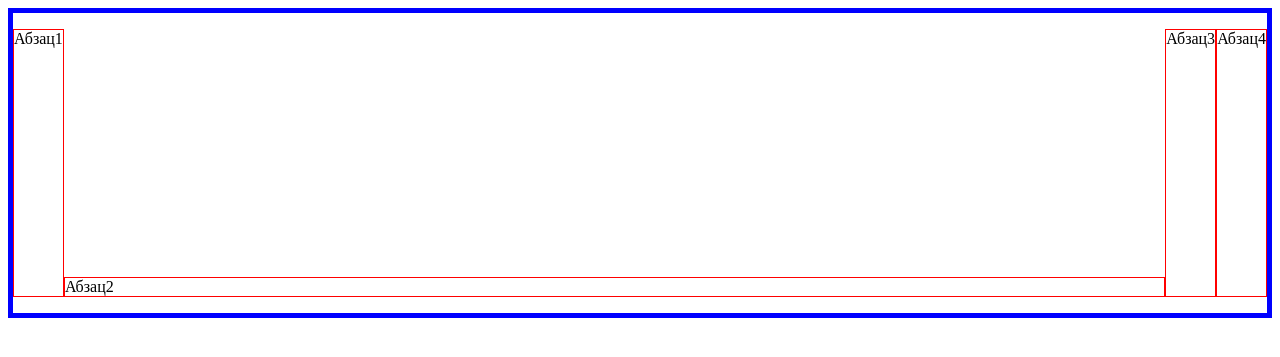
Repository: IrinaGetmanenko/week5
Page: week5/index.html
The author's editor kept a copy of each file at every save. The page is drawn from the files as they stood at one save, then again after the next save.
The browser window is 1280 px wide. The pictures show the whole page.

Above is the page before, as saved 2022-08-26 17:24:33.

After the next save:
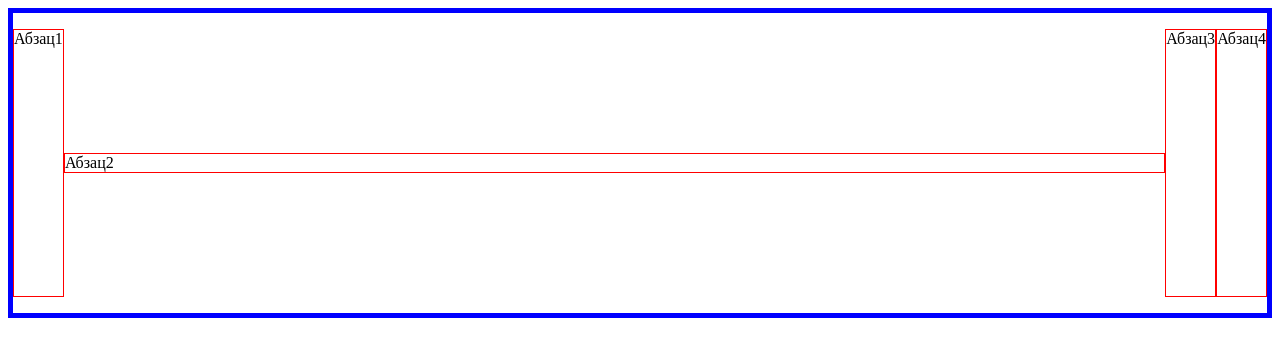
Saved 15 s later.
--- a/week5/index.html
+++ b/week5/index.html
@@ -19,7 +19,7 @@
 
         }
         .flexp_s{
-            align-self:flex-end;
+            align-self:center;
             flex-grow: 1;
 
         }
